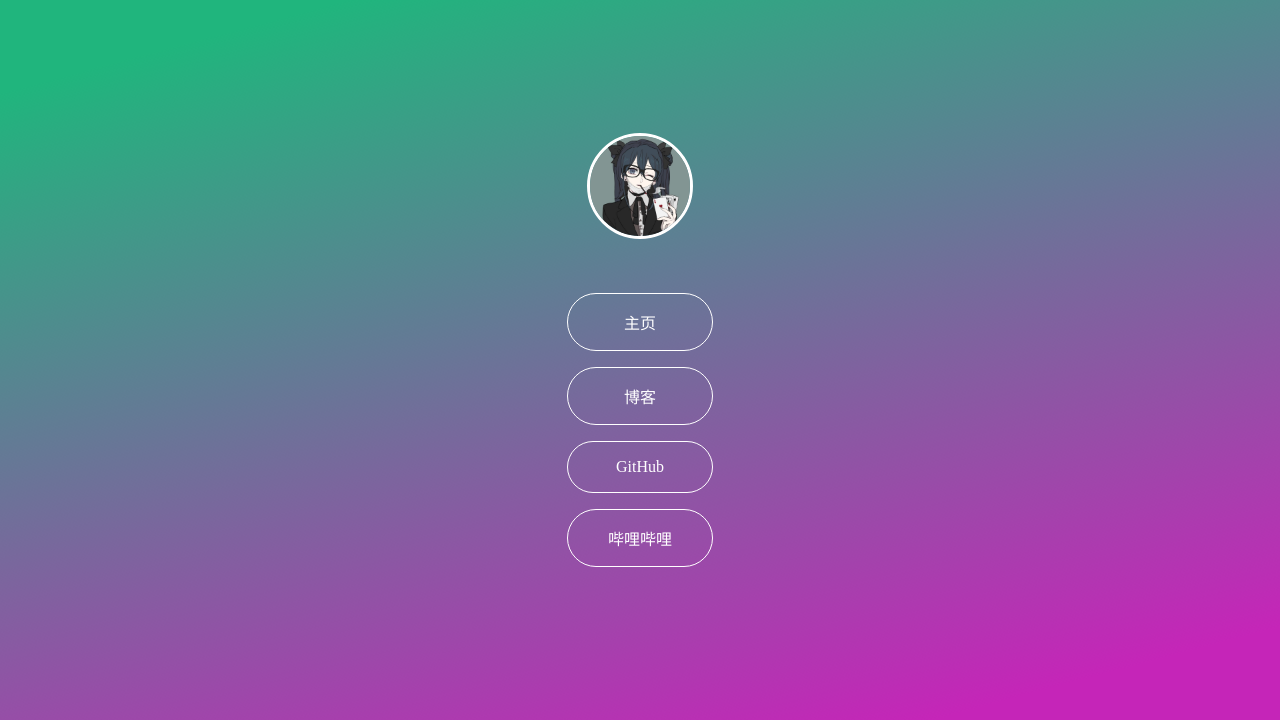
Repository: MarginLon/marginlon.github.io
Page: index.html
The author's editor kept a copy of each file at every save. The page is drawn from the files as they stood at one save, then again after the next save.
The browser window is 1280 px wide. The pictures show the whole page.

Above is the page before, as saved 2022-09-24 09:21:23.

### index.html
<!----

# Navigation
# By: Dreamer-Paul
# Last Update: 2022.3.11

一个简单的个人首页，让你的朋友方便快捷的，找到你在各站点的社交链接

本代码为奇趣保罗原创，并遵守 MIT 开源协议。欢迎访问我的博客：https://paugram.com



 * Navigation changed from https://paugram.com
 * @author: MarginLon
 * @since: 2022-09-24
 * index.html

---->

<!DOCTYPE html>
<html>

<head>
    <meta charset="UTF-8">
    <title>奇趣保罗</title>
    <link href="static/32.png" rel="icon" sizes="32x32" />
    <link href="static/192.png" rel="icon" sizes="192x192" />
    <meta name="viewport" content="width=device-width, maximum-scale=1, initial-scale=1" />
    <style>
        html,
        body,
        main {
            height: 100%;
        }

        body {
            margin: 0;
            user-select: none;
            font: lighter 16px "微软雅黑";
        }

        body:before {
            content: '';
            z-index: -1;
            width: 3000px;
            height: 3000px;
            display: block;
            position: fixed;
            top: calc(50% - 1500px);
            left: calc(50% - 1500px);
            animation: bg-rotate 15s infinite linear;
            background: linear-gradient(45deg, #20b57d 40%, #c525b8 60%);
        }

        @keyframes bg-rotate {
            0% {
                transform: rotate(0)
            }

            100% {
                transform: rotate(360deg)
            }
        }

        a {
            text-decoration: none;
        }

        main {
            display: table;
            margin: 0 auto;
        }

        .content {
            padding-top: 50px;
            padding-bottom: 70px;
            text-align: center;
            display: table-cell;
            vertical-align: middle;
        }

        .logo {
            margin-bottom: 50px;
        }

        .logo img {
            height: auto;
            max-width: 100px;
            border-radius: 100%;
            border: 3px solid #fff;
            transition: transform 0.3s;
        }

        .logo img:hover {
            transform: scale(1.1, 1.1) rotate(1turn);
        }

        .links {
            max-width: 300px;
        }

        .links a {
            color: #fff;
            display: block;
            min-width: 80px;
            padding: 1em 2em;
            text-align: center;
            margin-bottom: 1em;
            border-radius: 100px;
            border: #fff 1px solid;
            transition: background 0.3s, color 0.3s, opacity 0.3s, transform 0.3s;
        }

        .links a:hover {
            color: #258ec5;
            background: #fff;
            transform: scale(1.1, 1.1);
        }

        .links a:active {
            opacity: 0.7;
            transform: scale(0.9, 0.9);
        }

        .links a:last-child {
            margin-bottom: 0;
        }

        footer {
            left: 0;
            right: 0;
            bottom: 0;
            color: #fff;
            position: fixed;
            text-align: center;
        }

        footer a {
            color: inherit;
        }
    </style>
</head>

<body>
    <main class="container">
        <div class="content">
            <div class="logo">
                <img src="static/avatar.jpg" alt="MarginLon" />
            </div>
            <div class="links">
                <a href="https://https://www.marginlon.zone">主页</a>
                <a href="https://https://www.marginlon.zone/blog/">博客</a>
                <!-- <a href="http://weibo.com/234891753/" target="_blank">微博</a> -->
                <!-- <a href="http://music.163.com/#/user/home?id=7041859" target="_blank">网易云</a> -->
                <!-- <a href="http://steamcommunity.com/id/dreamer-paul/" target="_blank">Steam</a> -->
                <a href="https://github.com/MarginLon/" target="_blank">GitHub</a>
                <a href="https://space.bilibili.com/2008016" target="_blank">哔哩哔哩</a>
            </div>
        </div>
    </main>
    <!-- <footer>
        <p>©
            <script>document.write(new Date().getFullYear())</script> By <a href="https://paugram.com"
               target="_blank">Dreamer-Paul</a>.
        </p>
    </footer> -->
</body>

</html>

After the next save:
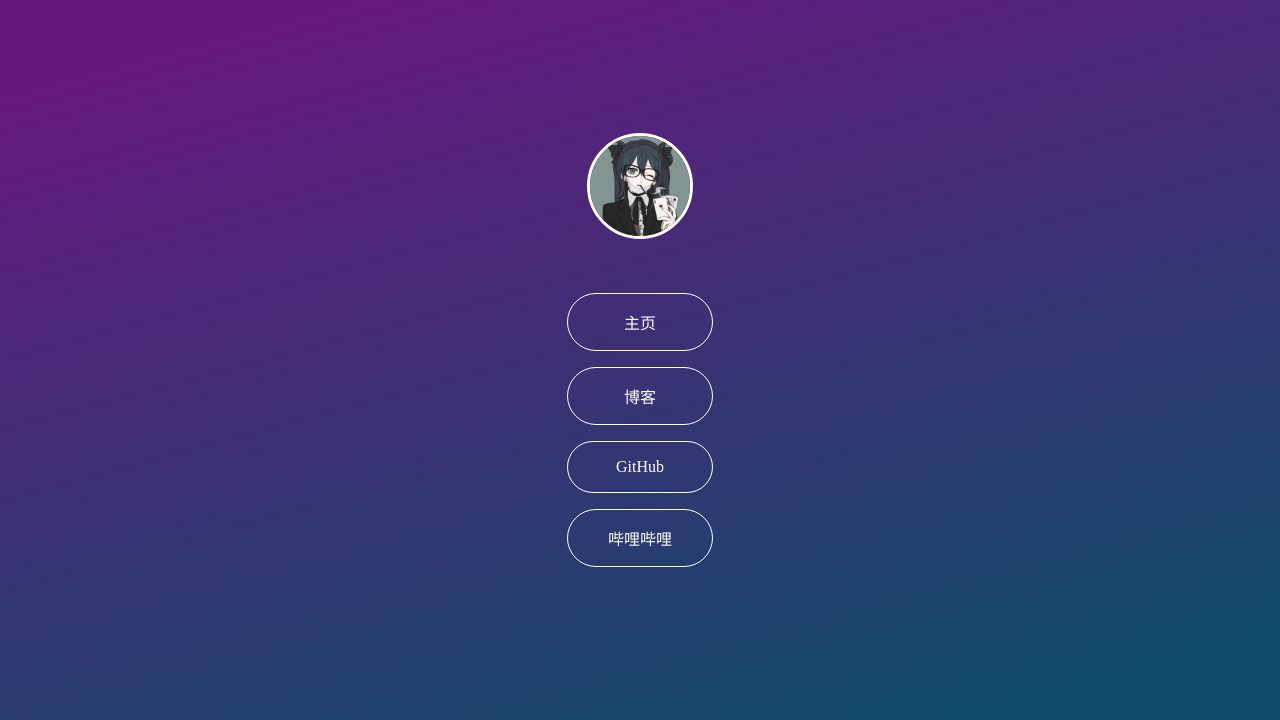
Saved 43 s later.
--- a/index.html
+++ b/index.html
@@ -49,7 +49,8 @@
             top: calc(50% - 1500px);
             left: calc(50% - 1500px);
             animation: bg-rotate 15s infinite linear;
-            background: linear-gradient(45deg, #20b57d 40%, #c525b8 60%);
+            /* background: linear-gradient(45deg, #20b57d 40%, #258ec5 60%); */
+            background: linear-gradient(45deg, #671880 40%, #0f4a69 60%);
         }
 
         @keyframes bg-rotate {
